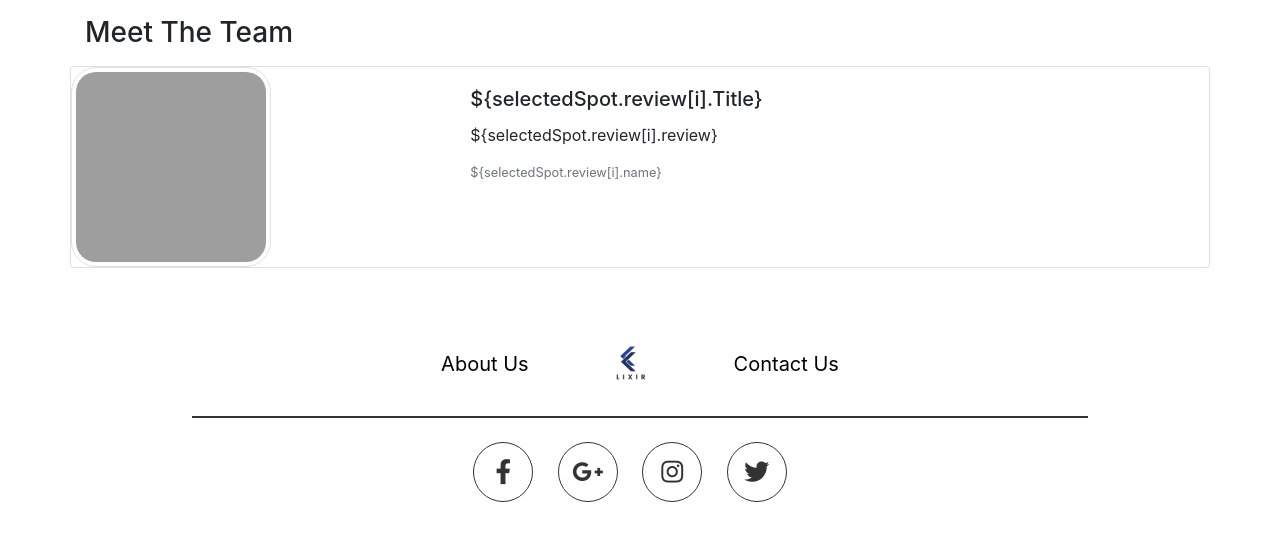
Repository: phiiileo/lit-page
Page: team-page.html
The author's editor kept a copy of each file at every save. The page is drawn from the files as they stood at one save, then again after a run of saves.
The browser window is 1280 px wide. The pictures show the whole page.
Pictures or frames that could not be fetched are drawn as grey boxes. Some web libraries are served in a nearby version.

Above is the page before, as saved 2019-12-04 14:16:21.

After the next 3 saves:
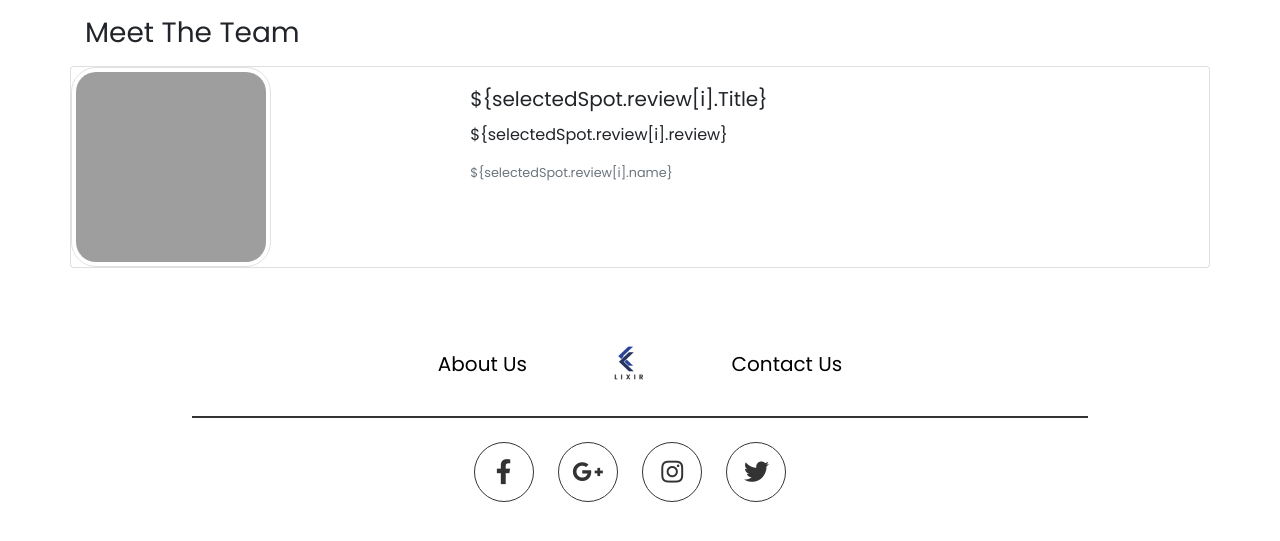
The 3 saves are shown as one change because they came seconds apart.
The last was saved 6 h 31 min later.
--- a/css/team-page.css
+++ b/css/team-page.css
@@ -1,3 +1,10 @@
+
+* {
+  margin-top: 0;
+  padding: 0px;
+  box-sizing: border-box;
+  font-family: "Poppins", sans-serif;
+}
 .team-image{
     width: 200px;
     height: 200px;
